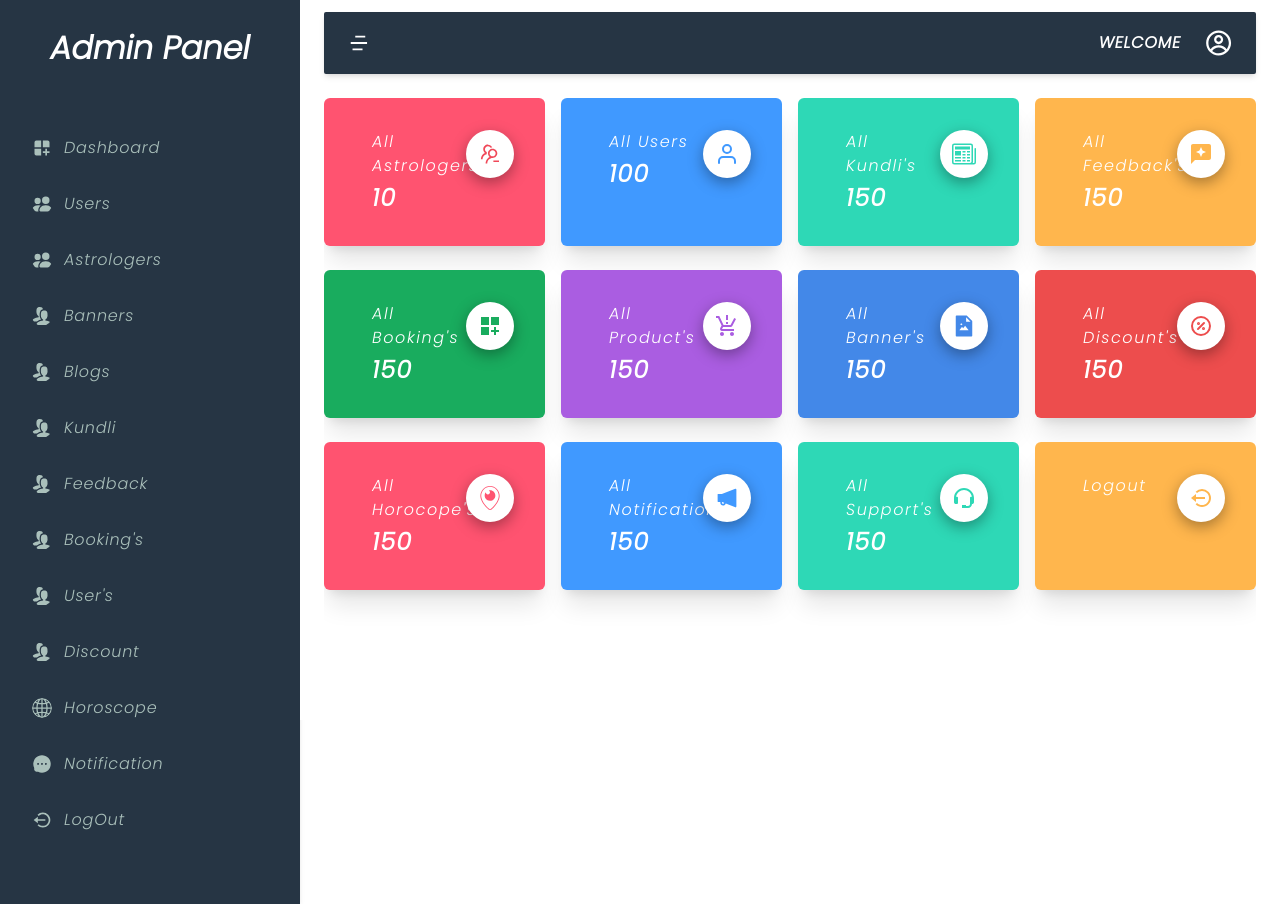
Repository: FlyweisReact/Hariom-Admin-Panel
Page: /vendorDashboard
An editor plug-in stored every save of this project. The page is shown before and after the next save, followed by the edit.
The browser window is 1280 px wide. The pictures show the whole page.
Some web libraries are served in a nearby version. The project was rebuilt for these pictures with package versions that can differ from the ones it lists, and the page was loaded fresh each time. Also part of the build but not shown: src/vendorPanel/forms/VendorLogin.jsx, src/vendorPanel/pages/AdminDiscount.js, src/vendorPanel/pages/AdminReview.js, src/vendorPanel/pages/Astrologers.js, src/vendorPanel/pages/Banners.js, src/vendorPanel/pages/Booking.js, src/vendorPanel/pages/Horoscope.js, src/vendorPanel/pages/Kundli.js and 6 more.

Above is the page before, as saved 2023-04-15 15:37:21.

### public/index.html
<!-- @format -->

<!DOCTYPE html>
<html lang="en">
  <head>
    <meta charset="utf-8" />
    <meta name="viewport" content="width=device-width, initial-scale=1" />
    <meta name="theme-color" content="#000000" />
    <meta
      name="description"
      content="Web site created using create-react-app"
    />
    <link rel="apple-touch-icon" href="%PUBLIC_URL%/favicon.ico?v=2" />
    <link rel="manifest" href="%PUBLIC_URL%/manifest.json" />
    <link rel="preconnect" href="https://fonts.googleapis.com">
<link rel="preconnect" href="https://fonts.gstatic.com" crossorigin>
<link href="https://fonts.googleapis.com/css2?family=Roboto+Mono:ital,wght@1,300&display=swap" rel="stylesheet">
    <title>HariOm</title>
  </head>
  <body>
    <noscript>You need to enable JavaScript to run this app.</noscript>
    <div id="root"></div>
    <script src="https://code.jquery.com/jquery-3.6.0.min.js"></script>
    <script src="https://kit.fontawesome.com/b533b351e4.js" crossorigin="anonymous"></script>
  </body>
</html>

### src/index.js
import React from "react";
import ReactDOM from "react-dom/client";
import "./index.css";
import App from "./App";
import { BrowserRouter } from "react-router-dom";
import 'bootstrap/dist/css/bootstrap.min.css'

const root = ReactDOM.createRoot(document.getElementById("root"));
root.render(
  <React.StrictMode>
    <BrowserRouter>
      <App />
    </BrowserRouter>
  </React.StrictMode>
);

### src/index.css
/** @format */

@tailwind base;
@tailwind components;
@tailwind utilities;
@import url("https://fonts.googleapis.com/css2?family=Roboto+Mono:ital,wght@1,300&display=swap");
@font-face {
  font-family: Roboto;
  src: url('./Fonts/Poppins-LightItalic.ttf');
}
body {
  margin: 0;
  font-family:Roboto !important;
  -webkit-font-smoothing: antialiased;
  -moz-osx-font-smoothing: grayscale;
}



code {
  font-family:Roboto !important;
}

html {
  font-family:Roboto !important;
}

::-webkit-scrollbar {
  width: 10px;
}
.fa-trash {
  color: red;
  cursor: pointer;
}

/* Track */
::-webkit-scrollbar-track {
  background: #f1f1f1;
}

/* Handle */
::-webkit-scrollbar-thumb {
  background: #888;
}

/* Handle on hover */
::-webkit-scrollbar-thumb:hover {
  background: #555;
}
.profileImage{
  width: 100px;
}
.fa-eye{
  color: #029aff;
  cursor: pointer;
}

.View{
  border:  1px solid black;
  width: 100%;
  padding: 10px;

}

.main-card--container {
  display: grid;
  grid-template-columns: repeat(3, minmax(300px, 500px));
  grid-gap: 50px;
  justify-content: space-around;
}
.card-container {
  margin: 25px 0 auto;
  box-shadow: rgba(0, 0, 0, 0.35) 0px 5px 15px;
  position: relative;
  display: grid;
  grid-template-columns: 1fr;
  justify-content: space-around;
  align-items: flex-start;
}

.myEdit:focus {
  box-shadow: rgba(0, 0, 0, 0.35) 0px 5px 15px;
}

### src/App.js
/** @format */

import { Routes, Route } from "react-router-dom";
import { ToastContainer } from "react-toastify";
import "react-toastify/dist/ReactToastify.css";
import VendorLogin from './vendorPanel/forms/VendorLogin'
import AdminDiscount from "./vendorPanel/pages/AdminDiscount";
import AdminReview from "./vendorPanel/pages/AdminReview";
import Astrologers from "./vendorPanel/pages/Astrologers";
import Banners from "./vendorPanel/pages/Banners";
import Booking from "./vendorPanel/pages/Booking";
import Horoscope from "./vendorPanel/pages/Horoscope";
import Kundli from "./vendorPanel/pages/Kundli";
import Message from "./vendorPanel/pages/Message";
import UploadDocs from "./vendorPanel/pages/UploadDocs";
import Users from "./vendorPanel/pages/Users";
import VendorDashboard from './vendorPanel/pages/VendorDashboard.jsx'
import AdminUsers from './vendorPanel/pages/AdminUsers'
import AdminBlogs from './vendorPanel/pages/AdminBlogs'
import AdminCategory from './vendorPanel/pages/AdminCategory'
// import AdminUsers from './vendorPanel/pages/AdminUsers'

function App() {
  return (
    <>
      <ToastContainer />

      <Routes>
        <Route path="/" element={<VendorLogin />} />
        <Route path="/vendorDashboard" element={<VendorDashboard />} />
        <Route path="/astro" element={<Astrologers />} />
        <Route path="/kundli" element={<Kundli />} />
        <Route path="/horo" element={<Horoscope />} />
        <Route path="/adminReviews" element={<AdminReview />} />
        <Route path="/uploadDocs" element={<UploadDocs />} />
        <Route path="/Banners" element={<Banners />} />
        <Route path="/AdminDiscount" element={<AdminDiscount />} />
        <Route path="/msg" element={<Message />} />
        <Route path="/book" element={<Booking />} />
        <Route path="/users" element={<Users />} />
        <Route path="/admin/users" element={<AdminUsers />} />
        <Route path='/admin/blogs' element={<AdminBlogs />} />
        <Route path="/admin/category" element={<AdminCategory />} />
      </Routes>
    </>
  );
}

export default App;

### src/vendorPanel/pages/VendorDashboard.jsx
import React from "react";
import { MdDashboardCustomize, MdProductionQuantityLimits ,MdReviews } from "react-icons/md";
import { FaPeriscope } from "react-icons/fa";
import {AiOutlineUsergroupDelete ,AiFillFileImage , AiFillNotification} from 'react-icons/ai'
import {FiUser} from 'react-icons/fi'
import {BsNewspaper} from 'react-icons/bs'
import {BiSupport ,BiLogOutCircle} from 'react-icons/bi'
import {TbDiscount} from 'react-icons/tb'
import HOC from "../layout/HOC";


const VendorDashboard = () => {
  const card = [
    {
      progress: "bg-blue-400",
      title: "All Astrologers",
      number: "10",
      icon: <AiOutlineUsergroupDelete className="text-2xl text-[rgb(240,72,88)]" />,
      bg : "#ff5370"
    },
    {
      progress: "bg-green-400",
      title: "All Users",
      number: "100",
      icon: (
        <FiUser className="text-2xl text-[#4099ff]" />
      ),
      bg : "#4099ff"
    },
    {
      progress: "bg-yellow-400",
      title: "All Kundli's",
      number: "150",
      icon: <BsNewspaper className="text-2xl text-[#2ed8b6]" />,
      bg : "#2ed8b6"
    },
    {
      progress: "bg-yellow-400",
      title: "All Feedback's",
      number: "150",
      icon: <MdReviews className="text-2xl text-[#ffb64d]" />,
      bg : "#ffb64d"
    },
    {
      progress: "bg-yellow-400",
      title: "All Booking's",
      number: "150",
      icon: <MdDashboardCustomize className="text-2xl text-[#19ac5e]" />,
      bg : "#19ac5e"
    },
    {
      progress: "bg-yellow-400",
      title: "All Product's",
      number: "150",
      icon: <MdProductionQuantityLimits className="text-2xl text-[#aa5de1]" />,
      bg : "#aa5de1"
    },
    {
      progress: "bg-yellow-400",
      title: "All Banner's",
      number: "150",
      icon: <AiFillFileImage className="text-2xl text-[#4388e8]" />,
      bg : "#4388e8"
    },
    {
      progress: "bg-yellow-400",
      title: "All Discount's",
      number: "150",
      icon: <TbDiscount className="text-2xl text-[#ed4d4d]" />,
      bg  : "#ed4d4d"
    },
    {
      progress: "bg-yellow-400",
      title: "All Horocope's",
      number: "150",
      icon: <FaPeriscope className="text-2xl text-[#ff5370]" />,
      bg : "#ff5370"
    },
    {
      progress: "bg-yellow-400",
      title: "All Notification's",
      number: "150",
      icon: <AiFillNotification className="text-2xl text-[#4099ff]" />,
      bg : "#4099ff"
    },
    {
      progress: "bg-yellow-400",
      title: "All Support's",
      number: "150",
      icon: <BiSupport className="text-2xl text-[#2ed8b6]" />,
      bg : "#2ed8b6"
    },
    {
      progress: "bg-yellow-400",
      title: "Logout",
      icon: <BiLogOutCircle className="text-2xl text-[#ffb64d]" />,
      bg : "#ffb64d"
    },
  ];
  return (
    <>
      <section className="grid md:grid-cols-4 grid-cols-2 gap-y-6 gap-x-4">
        {/* Card */}
        {card.map((card , index) => {
          return (
            <div className="px-5 py-8 bg-slate-200 space-y-2 shadow-xl flex flex-col  rounded-md" key={index} style={{backgroundColor : `${card.bg}`}}>
              <div className="grid  justify-between grid-cols-4">
                <div className="flex flex-col col-span-3 space-y-1">
                  <span className="tracking-widest text-gray-900" style={{color : '#fff'}}>
                    {card.title}
                  </span>
                  <span className="tracking-wider text-gray-700 text-xl md:text-2xl font-semibold" style={{color : '#fff'}}>
                    {card.number}
                  </span>
                </div>
                <div className="flex rounded-full w-10 h-10 sm:w-12 sm:h-12 bg-white justify-center items-center" style={{boxShadow : 'rgba(0, 0, 0, 0.35) 0px 5px 15px'}}>
                  {card.icon}
                </div>
              </div>
            </div>
          );
        })}
      </section>
    </>
  );
};

export default HOC(VendorDashboard);

### src/vendorPanel/layout/HOC.jsx
import React, { useState } from "react";
import Navbar from "./Navbar";
import Sidebar from "./Sidebar";

const HOC = (Wcomponenet) => {
  return function Component() {
    const [hamb, setHamb] = useState(false);
    return (
      <>
        <section className="flex overflow-x-hidden relative">
          {/* Sidebar */}
          <div
            className={
              hamb
                ? " absolute top-0 z-30 md:w-auto shadow-md bg-slate-200  w-60 transition-all md:-left-full left duration-150  h-auto overflow-y-auto  left-0 "
                : " md:w-72 z-30 bg-slate-200  shadow-md  md:static absolute top-0 -left-full   transition-all duration-150  overflow-y-auto h-auto"
            }
            style={{minWidth : '300px'}}
          >
            <Sidebar hamb={hamb} setHamb={setHamb} />
          </div>
          {/* Components & Navbar */}
          <div
            className={
              hamb
                ? " transition-all px-4 py-2  bg-white duration-150 w-full h-screen"
                : " w-full h-screen  px-4 py-2  bg-white z-50 transition-all duration-150 "
            }
          >
            <Navbar hamb={hamb} setHamb={setHamb} />
            <div className="my-6 text-#000 h-[87%] wcomp overflow-y-auto">
              <Wcomponenet />
            </div>
          </div>
        </section>
      </>
    );
  };
};

export default HOC;

### src/vendorPanel/layout/Navbar.jsx
/** @format */

import { RiMenu4Line } from "react-icons/ri";
import { CgProfile } from "react-icons/cg";
import Form from "react-bootstrap/Form";
import { useState } from "react";
import Button from "react-bootstrap/Button";
import Modal from "react-bootstrap/Modal";
import Container from "react-bootstrap/Container";

function MyVerticallyCenteredModal(props) {
  return (
    <Modal
      {...props}
      size="lg"
      aria-labelledby="contained-modal-title-vcenter"
      centered
    >
      <Modal.Header closeButton>
        <Modal.Title id="contained-modal-title-vcenter">
          Edit Profile
        </Modal.Title>
      </Modal.Header>
      <Modal.Body>
        <Container style={{ width: "600px" }}>
          <Form>
            <Form.Group className="mb-3" controlId="formBasicEmail">
              <Form.Label>Name</Form.Label>
              <Form.Control type="text" placeholder="Admin" />
            </Form.Group>
            <Form.Group className="mb-3" controlId="formBasicPassword">
              <Form.Label>Email Address</Form.Label>
              <Form.Control type="email" placeholder="admin@gmail.com" />
            </Form.Group>
            <Form.Group className="mb-3" controlId="formBasicPassword">
              <Form.Label>Password</Form.Label>
              <Form.Control type="password" placeholder="Password" />
            </Form.Group>
            <Button variant="outline-success" type="submit">
              Edit
            </Button>
          </Form>
        </Container>
      </Modal.Body>
    </Modal>
  );
}

const Navbar = ({ hamb, setHamb }) => {
  const [modalShow, setModalShow] = useState(false);

  return (
    <>
      <MyVerticallyCenteredModal
        show={modalShow}
        onHide={() => setModalShow(false)}
      />

      <div
        className={
          hamb
            ? "flex  w-full justify-between  my-1 rounded-sm  p-4 py-3 shadow-md items-center  bg-slate-200 space-x-4"
            : "flex  w-full justify-between my-1 rounded-sm  p-4 py-3 shadow-md items-center  bg-slate-200 space-x-4"
        }
        style={{backgroundColor : '#263544'}}
      >
        <RiMenu4Line
          onClick={() => setHamb(!hamb)}
          className="text-2xl font-bold text-gray-900 hover:scale-90 cursor-pointer"
          style={{color : '#fff'}}
        />

        <section className="flex sm:ml-auto justify-end sm:w-full items-center space-x-2  pr-2">
          <figcaption className="tracking-wider pl-1 font-semibold">
            <div className="lg:text-base text-sm text-gray-900  uppercase"    style={{color : '#fff'}}>
              Welcome
            </div>
          </figcaption>
        </section>

        <CgProfile
          onClick={() => setModalShow(true)}
          className="text-2xl sm:text-3xl font-bold text-[rgb(241,146,46)] cursor-pointer"
          style={{color : '#fff'}}
        />
      </div>
    </>
  );
};

export default Navbar;

### src/vendorPanel/layout/Sidebar.jsx
/** @format */

import React from "react";
import { RiCloseLine } from "react-icons/ri";
import { Link, useNavigate } from "react-router-dom";
import { BsFillPeopleFill } from "react-icons/bs";
import { ImUsers } from "react-icons/im";
import { BiLogOutCircle } from "react-icons/bi";
import { MdDashboardCustomize } from "react-icons/md";
import { BsGlobe2 } from "react-icons/bs";
import { AiFillMessage } from "react-icons/ai";

const Sidebar = ({ hamb, setHamb }) => {
  const navigate = useNavigate();

  const nav = [
    {
      icon: <MdDashboardCustomize className="text-xl mr-3 rounded-full " />,
      link: "/vendorDashboard",
      name: "Dashboard",
    },
    {
      icon: <BsFillPeopleFill className="text-xl mr-3 rounded-full " />,
      link: "/admin/users",
      name: "Users",
    },
    {
      icon: <BsFillPeopleFill className="text-xl mr-3 rounded-full " />,
      link: "/astro",
      name: "Astrologers",
    },
    {
      icon: <ImUsers className="text-xl mr-3 rounded-full " />,
      link: "/Banners",
      name: "Banners",
    },
    {
      icon: <ImUsers className="text-xl mr-3 rounded-full " />,
      link: "/admin/blogs",
      name: "Blogs",
    },
    {
      icon: <ImUsers className="text-xl mr-3 rounded-full " />,
      link: "/kundli",
      name: "Kundli",
    },
    {
      icon: <ImUsers className="text-xl mr-3 rounded-full " />,
      link: "/adminReviews",
      name: "Feedback",
    },
    {
      icon: <ImUsers className="text-xl mr-3 rounded-full " />,
      link: "/book",
      name: "Booking's",
    },
    {
      icon: <ImUsers className="text-xl mr-3 rounded-full " />,
      link: "/users",
      name: "User's",
    },

    {
      icon: <ImUsers className="text-xl mr-3 rounded-full " />,
      link: "/AdminDiscount",
      name: "Discount",
    },
    {
      icon: <BsGlobe2 className="text-xl mr-3 rounded-full " />,
      link: "/horo",
      name: "Horoscope",
    },
    {
      icon: <AiFillMessage className="text-xl mr-3 rounded-full " />,
      link: "/msg",
      name: "Notification",
    },
  ];

  const logOut = () => {
    localStorage.removeItem("AdminToken");
    navigate("/");
  };

  return (
    <>
      <aside
        className="p-4 h-auto"
        style={{ backgroundColor: "#263544", minHeight: "100vh" }}
      >
        {/* Top */}
        <div className="w-full md:hidden relative  p-2 mb-4">
          <RiCloseLine
            onClick={() => setHamb(!hamb)}
            className="text-3xl  absolute top-2 sm:hover:rotate-[228deg] transition-transform font-bold right-2 sm:hover:text-[22px] text-[rgb(241,146,46)] cursor-pointer"
          />
        </div>{" "}
        <figure className="flex  flex-col items-center">
          <span className="font-bold text-[#fff]" style={{ fontSize: "2rem" }}>
            Admin Panel
          </span>
        </figure>
        <nav className="py-6">
          {nav.map((nav) => {
            return (
              <Link
                to={nav.link}
                key={nav.name}
                className=""
                style={{ textDecoration: "none" }}
              >
                <span
                  className="flex my-3 items-center cursor-pointer text-gray-900    tracking-wider p-2 rounded-sm"
                  style={{ color: "#aac0bb" }}
                >
                  {nav.icon} {nav.name}
                </span>
              </Link>
            );
          })}
          <span
            className="flex my-3 items-center cursor-pointer text-gray-900    tracking-wider p-2 rounded-sm"
            onClick={() => logOut()}
            style={{ color: "#aac0bb" }}
          >
            <BiLogOutCircle className="text-xl mr-3 rounded-full " /> LogOut
          </span>
        </nav>
      </aside>
    </>
  );
};

export default Sidebar;

Loaded but not shown: tailwind.config.js (common file)

After the next save:
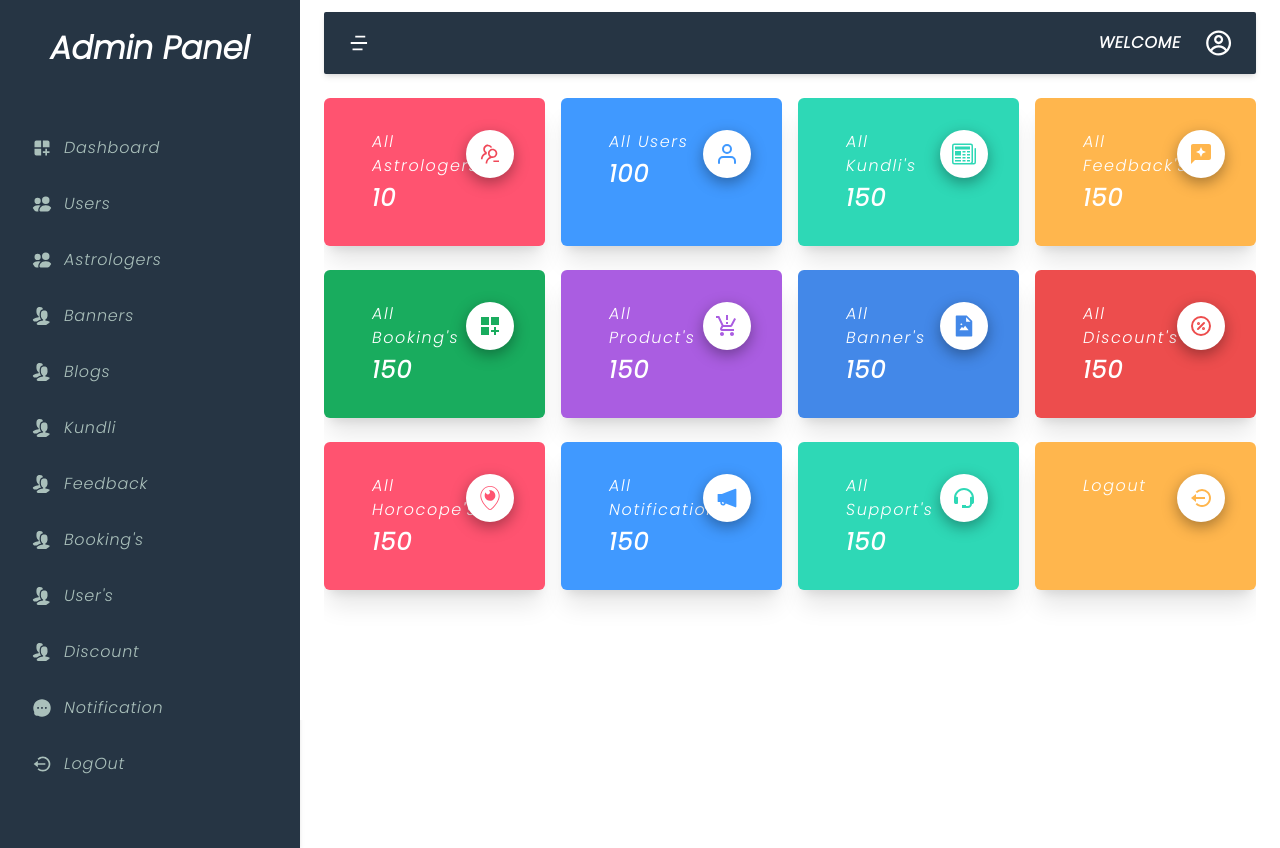
Saved 59 s later.
--- a/src/vendorPanel/layout/Sidebar.jsx
+++ b/src/vendorPanel/layout/Sidebar.jsx
@@ -65,11 +65,7 @@ const Sidebar = ({ hamb, setHamb }) => {
       link: "/AdminDiscount",
       name: "Discount",
     },
-    {
-      icon: <BsGlobe2 className="text-xl mr-3 rounded-full " />,
-      link: "/horo",
-      name: "Horoscope",
-    },
+
     {
       icon: <AiFillMessage className="text-xl mr-3 rounded-full " />,
       link: "/msg",
